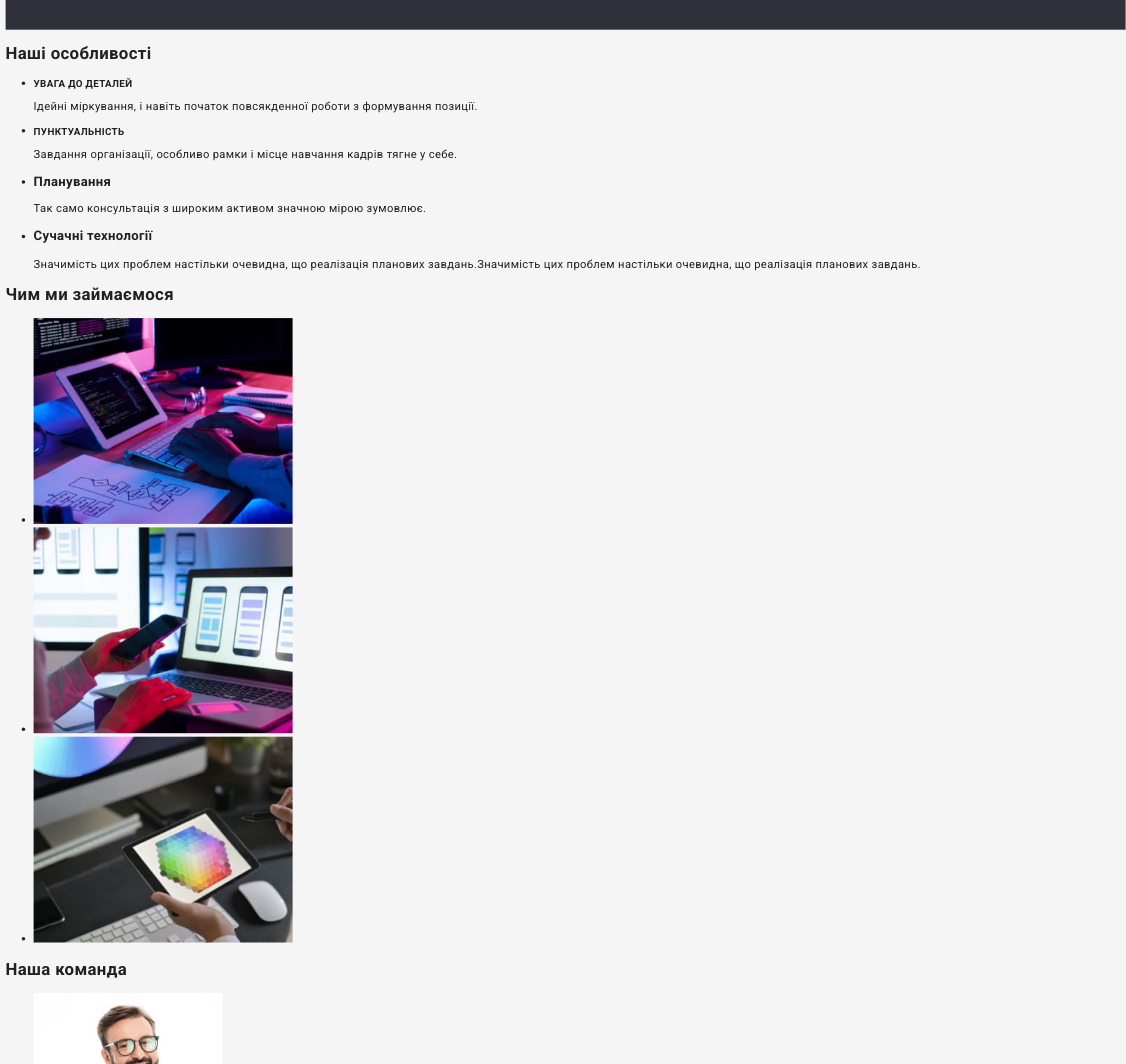
Repository: Mariia2811/goit-markup-hw-03
Page: index.html
An editor plug-in stored every save of this project. The page is shown before and after the next save, followed by the edit.
The browser window is 1280 px wide. The page is 1608 px wide, so the pictures cover 1608 px, including what lies to the right of the window. The pictures show the part of the page from y = 759 to 2279 px (the page is 3731 px tall before and 3721 px after), at 70% of full size.

Above is the page before, as saved 2022-11-25 15:53:40.

### index.html
<!DOCTYPE html>
<html lang="uk">
  <head>
    <meta charset="UTF-8" />
    <meta http-equiv="X-UA-Compatible" content="IE=edge" />
    <meta name="viewport" content="width=device-width, initial-scale=1.0" />
    <title>Головна</title>
    <link rel="preconnect" href="https://fonts.googleapis.com">
    <link rel="preconnect" href="https://fonts.gstatic.com" crossorigin>
    <link
      href="https://fonts.googleapis.com/css2?family=Raleway:wght@700&family=Roboto:wght@400;500;700;900&display=swap"
      rel="stylesheet">
    <link rel="stylesheet" href="./css/styles.css">
  </head>
  <body>
    <header>
      <nav>
        <a href="./index.html" class="logo link-logo"><span class="logo-accent">Web</span>Studio</a>
        <ul>
          <li><a href="./index.html" class="link nav">Студія</a></li>
          <li><a href="./portfolio.html">Портфоліо</a></li>
          <li><a href="#" class="link nav">Контакти</a></li>
        </ul>
      </nav>
      <ul>
        <li><a href="mailto:info@devstudio.com" class="link contact">info@devstudio.com</a></li>
        <li><a href="tel:+380961111111" class="link contact">+38 096 111 11 11</a></li>
      </ul>
    </header>
    <main>
      <section class="hero">
        <h1 class="hero-title">Ефективні рішення для вашого бізнесу</h1>
        <button type="button" class="hero-button">Замовити послугу</button>
      </section>
      <section class="advantages">
        <h2>Наші особливості</h2>
        <ul>
          <li>
            <h3 class="advantages-title">Увага до деталей</h3>
            <p>
              Ідейні міркування, і навіть початок повсякденної роботи з
              формування позиції.
            </p>
          </li>
          <li>
            <h3 class="advantages-title">Пунктуальність</h3>
            <p>
              Завдання організації, особливо рамки і місце навчання кадрів тягне
              у себе.
            </p>
          </li>
          <li>
            <h3>Планування</h3>
            <p>
              Так само консультація з широким активом значною мірою зумовлює.
            </p>
          </li>
          <li>
            <h3>Сучачні технології</h3>
            <p>
              Значимість цих проблем настільки очевидна, що реалізація планових
              завдань.Значимість цих проблем настільки очевидна, що реалізація
              планових завдань.
            </p>
          </li>
        </ul>
      </section>
      <section>
        <h2>Чим ми займаємося</h2>
        <ul>
          <li>
            <img
              src="./images/coding.jpg"
              alt="Процес набирання коду"
              width="370"
              />
          </li>
          <li>
            <img
              src="./images/optimization.jpg"
              alt="Дівчина тримає телефон в руках і працює за ноутбуком"
              width="370"
              />
          </li>
          <li>
            <img
              src=".//images/tablet.jpg"
              alt="На екрані планшету, який тримають в руці, зображений спектр
              кольорів"
              width="370"
              />
          </li>
        </ul>
      </section>
      <section>
        <h2>Наша команда</h2>
        <ul>
          <li>
            <img
              src="./images/designer.jpg"
              alt="Усміхнений хлопець в окулярах"
              width="270"
              />
            <h3>Ігор Дем'яненко</h3>
            <p>Product Designer</p>
          </li>
          <li>
            <img
              src="./images/developer.jpg"
              alt="Усміхнена дівчина в окулярах"
              width="270"
              />
            <h3>Ольга Рєпіна</h3>
            <p>Frontend Developer</p>
          </li>
          <li>
            <img
              src="./images/marketing.jpg"
              alt="Усміхнений хлопець"
              width="270"
              />
            <h3>Микола Тарасов</h3>
            <p>Marketing</p>
          </li>
          <li>
            <img
              src="./images/uidesigner.jpg"
              alt="Усміхнений хлопець з бородою в окулярах"
              width="270"
              />
            <h3>Михайло Єрмаков</h3>
            <p>UI Designer</p>
          </li>
        </ul>
      </section>
    </main>
    <footer>
      <a href="./index.html" class="logo-footer link-logo"><span
          class="logo-accent">Web</span>Studio</a>
      <address>
        <ul>
          <li>
            <a
              href="https://www.google.com.ua/maps/place/%D0%B1%D1%83%D0%BB.+%D0%9B%D0%B5%D1%81%D0%B8+%D0%A3%D0%BA%D1%80%D0%B0%D0%B8%D0%BD%D0%BA%D0%B8,+26,+%D0%9A%D0%B8%D0%B5%D0%B2,+02000/@50.4265807,30.5361918,17z/data=!3m1!4b1!4m5!3m4!1s0x40d4cf0e033ecbe9:0x57a4dffefec77da0!8m2!3d50.4265807!4d30.5383858?hl=ru"
              target="_blank"
              rel="noopener noreferrer nofollow" class="link address">м. Київ, пр-т Лесі Українки, 26</a>
          </li>
          <li><a href="mailto:info@devstudio.com" class="link contact-footer">info@devstudio.com</a></li>
          <li><a href="tel:+380961111111" class="link contact-footer">+38 096 111 11 11</a></li>
        </ul>
      </address>
    </footer>
  </body>
</html>

### css/styles.css
:root {
    --color-primary: #212121;
    --color-secondary: #757575;
    --color-accent: #2196F3;
    --color-background: #F5F5F5;
    --white-accent: #FFFFFF;
    --secondary-background: #2F303A;
}

body {
    color: var(--color-primary);
    font-family: 'Roboto', sans-serif;
    font-size: 16px;
    font-weight: 600px;
    background-color: var(--color-background);
    line-height: 1.17;
    letter-spacing: 0.03em;
    width: 1600px;
}

.logo,
.logo-accent,
.logo-footer {
    font-family: 'Raleway', sans-serif;
    font-size: 26px;
    font-weight: 700;
    line-height: 1.19;
}

.logo {
    color: #000;
}

.logo-accent {
    color: var(--color-accent);
}

.logo-footer {
    color: var(--white-accent);
}

.link {
    text-decoration: none;
    font-style: normal;
}

.link-logo {
    text-decoration: none;
}

.nav,
.contact {
    font-size: 14px;
    font-weight: 500;
    line-height: 1.14;
    letter-spacing: 0.02em;
}

.nav {
    color: var(--color-primary);
}

.contact {
    color: var(--color-secondary);
}

.link:hover,
.link:focus {
    color: var(--color-accent);
}

.hero {
    background-color: var(--secondary-background);
    width: 1600px;
    height: 600px;
}

.hero-title {
    color: var(--white-accent);
    font-size: 44px;
    line-height: 1.36;
    width: 696px;
    height: 120px;
    text-align: center;
    font-weight: 900;
    text-transform: uppercase;
    letter-spacing: 0.06em;
}

.hero-button {
    background-color: var(--color-accent);
    font-size: inherit;
    font-family: inherit;
    font-weight: 700;
    line-height: 1.88;
    letter-spacing: 0.06em;
    width: 216px;
    height: 50px;
    color: var(--white-accent);
    box-shadow: 0px 4px 4px rgba(0, 0, 0, 0.15);
    border-radius: 4px;
    border: none;
    cursor: pointer;
}

.filter {
    background-color: #f5f4fa;
    color: var(--color-primary);
    font-size: inherit;
    font-family: inherit;
    font-weight: 500;
    line-height: 1.62;
    letter-spacing: inherit;
    border-radius: 4px;
    border: none;
    cursor: pointer;
}

.filter:hover,
.filter:focus {
    background-color: var(--color-accent);
    color: var(--white-accent);
    box-shadow: 0px 3px 1px rgba(0, 0, 0, 0.1), 0px 1px 2px rgba(0, 0, 0, 0.08),
        0px 2px 2px rgba(0, 0, 0, 0.12);
}

.hero-button:hover,
.hero-button:focus {
    background-color: #188ce8;
}

.advantages,
.work {
    background-color: var(--color-background);
}

.advantages-title {
    font-size: 14px;
    font-weight: 700;
    text-transform: uppercase;
}

.list {
    list-style-type: none;
}

.description {
    color: var(--color-secondary);
    font-size: 14px;
    font-weight: 400;
    line-height: 1.71;
    width: 270px;
}

.title {
    font-size: 36px;
    font-weight: 700;
    text-align: center;
}

.team {
    background-color: #f5f4fa;
}

.team-title {
    font-weight: 500;
    font-size: 16px;
}

.text {
    color: var(--color-secondary);
    font-weight: 400;
}

.work-title~.text {
    line-height: 1.88;
}

.work-title {
    font-size: 18px;
    font-weight: 700;
    line-height: 2;
    letter-spacing: 0.06em;
}

.footer {
    background-color: var(--secondary-background);
    height: 252px;
}

.address,
.contact-footer {
    font-size: 14px;
    font-weight: 400;
}

.address {
    color: var(--white-accent);
}

.contact-footer {
    color: rgba(255, 255, 255, 0.6);
}

.footer .link {
    line-height: 1.71;
}

After the next save:
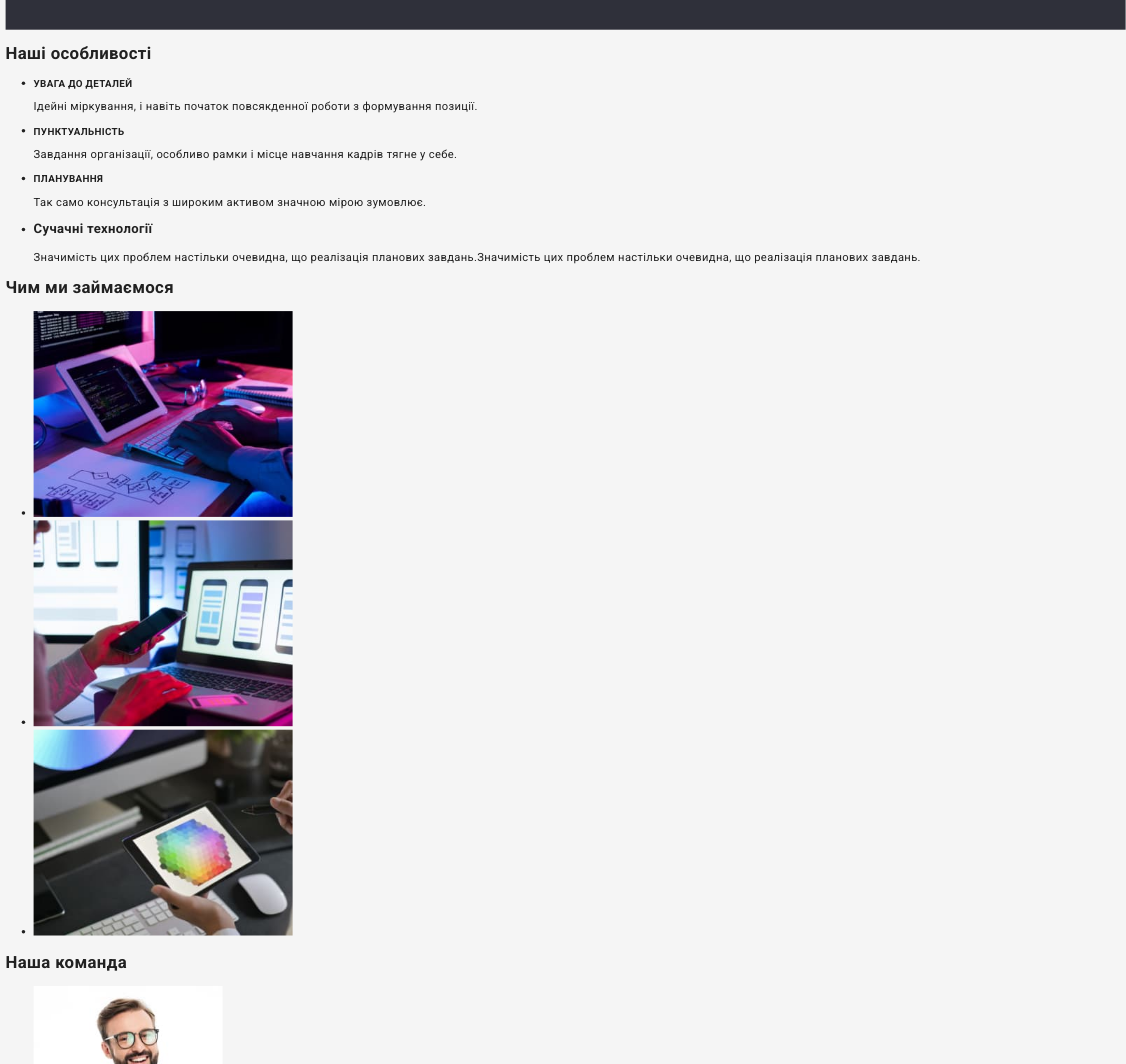
Saved 14 s later.
--- a/index.html
+++ b/index.html
@@ -50,7 +50,7 @@
             </p>
           </li>
           <li>
-            <h3>Планування</h3>
+            <h3 class="advantages-title">Планування</h3>
             <p>
               Так само консультація з широким активом значною мірою зумовлює.
             </p>
